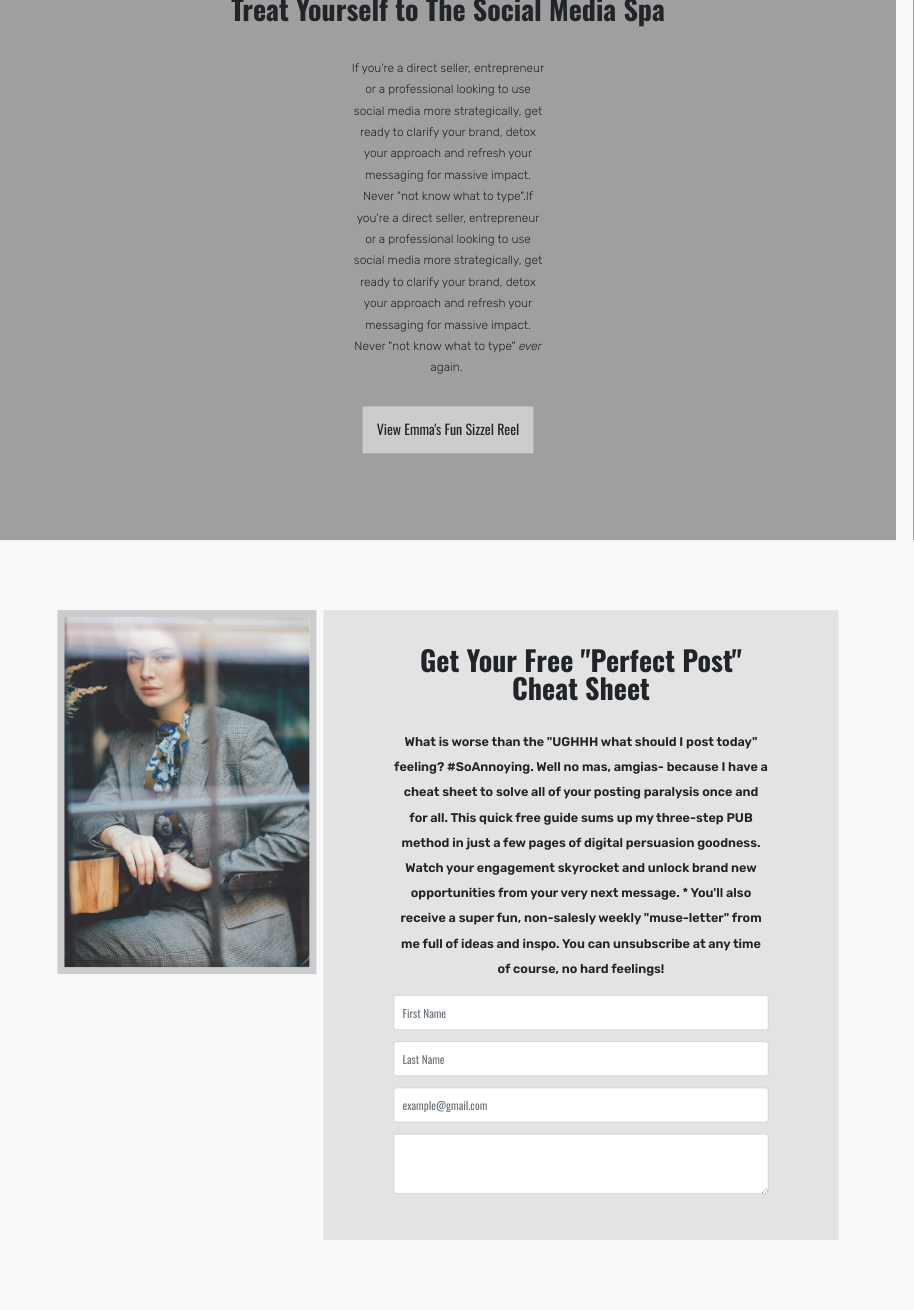
Repository: poroshrahman40/emma-watson-portfolio
Page: index.html
The author's editor kept a copy of each file at every save. The page is drawn from the files as they stood at one save, then again after the next save.
The browser window is 1280 px wide. The page is 1305 px wide, so the pictures cover 1305 px, including what lies to the right of the window. The pictures show the part of the page from y = 3621 to 5501 px (the page is 5493 px tall before and 5501 px after), at 70% of full size.
Some web fonts or font styles are not loaded; a fallback is used.

Above is the page before, as saved 2021-12-06 17:58:27.

### index.html

<!DOCTYPE html>
<html lang="en">
    <head>

        <meta charset="UTF-8">
        <meta name="viewport" content="width=device-width, initial-scale=1, shrink-to-fit=no">
        <title>Document</title>

        <!-- favicon -->
        <link rel="shortcut icon" type="image/hair-specialist-fav-icon" href="#">
        <!-- animate.min - css -->
        <link rel="stylesheet" href="assets/css/animate.css">
        <!-- animate - css -->
        <link rel="stylesheet" href="assets/css/animate.min.css">
        <!-- owl.carousel.min - css -->
        <link rel="stylesheet" href="assets/css/owl.carousel.min.css">
        <!-- owl.theme.default.min - css -->
        <link rel="stylesheet" href="assets/css/owl.theme.default.min.css">
        <!-- font-awesome all.css -->
        <link rel="stylesheet" href="assets/css/fontawesome-all.css">
        <!-- boxicons.css -->
        <link rel='stylesheet' href="assets/css/boxicons.min.css">
        <link href='https://unpkg.com/boxicons@2.1.1/css/boxicons.min.css' rel='stylesheet'>
        <!-- bootstrap.min - css -->
        <link rel="stylesheet" href="assets/css/bootstrap.min.css">
        <!-- silk-css -->
        <link rel="stylesheet" href="assets/css/slick.css">
        <!-- slick-theme.css -->
        <link rel="stylesheet" href="assets/css/slick-theme.css">
        <!-- main - css -->
        <link rel="stylesheet" href="assets/css/style.css">
        <!-- responsive - css -->
        <link rel="stylesheet" href="assets/css/responsive.css">

    </head>

    <body>
    <!-- preloader start -->
    <!-- <div id="preloader"></div> -->
    <!-- preloader end -->

    <!-- header -start
    ================================== -->
    <header class="ew-main">
        <div class="ew__main__content">
            <div class="ew__nav">
                <div class="ew__logo__div">
                    <a href="https://ow-en.com" title="" class="nav__link ew__snlogo">
                    <img class="logo w-100" src="assets/image/logo-gif.gif" alt="logo-not-found"></a>
                </div>
                <div class="container">
                    <div class="mobile__toggle" ontouchstart="">
                        <div class="mobile__toggle__container">
                            <div class="mobile__open">
                            </div>
                            <div class="mobile__close"></div>
                        </div>
                    </div>
                    <div id="mob__menu" class="nav__mobile__container nav__mobile__container__default">
                        <div class="container-fluid">
                            <div class="row center">
                                <div class="col col__sm">
                                    <ul class="nav__list">
                                        <li class="nav__list-1">
                                            <a class="nav__link nav__link__selected nav__list__link" href="#">Home</a>
                                        </li>
                                        <li class="nav__list-2">
                                            <a class="nav__link nav__list__link" href="#">Books</a>
                                        </li>
                                        <li class="nav__list-3">
                                            <a class="nav__link nav__list__link" href="#">Info.</a>
                                        </li>
                                        <li class="nav__list-4">
                                            <a class="nav__link nav__list__link" href="#">Course</a>
                                            <!-- nav__link__selected -->
                                        </li>
                                    </ul>
                                </div>
                                <div class="col col__sm">
                                    <ul class="nav__list nav__list__rightaligned">
                                        <li class="nav__list-5">
                                            <a class="nav__link nav__list__link" href="#">Keyword</a>
                                        </li>
                                        <li class="nav__list-6">
                                            <a class="nav__link nav__list__link" href="#">Brodcast</a>
                                        </li>
                                        <li class="nav__list-7">
                                            <a class="nav__link nav__list__link" href="#">Contact</a>
                                        </li>
                                        <li class="nav__list-8">
                                            <a class="nav__link nav__list__link" href="#">Blog</a>
                                        </li>
                                    </ul>
                                </div>
                            </div>
                        </div>
                    </div>
                </div>
            </div>
            <!-- <div class="content">
                <h1>A very simple responsive menu with the logo in the middle</h1>
              <h2>Feel free to use this menu however you'd like. No need to give credit. However, please <strong><a href="https://ow-en.com">consider hiring me :)</strong></h2>
            </div> -->
        </div>
    </header>
    <!-- Banner section - start
    ================================ -->


        <div id="ew-banner" class="ew-banner">
            <div class="container">
                <div class="row">
                    <div class="col-lg-12 offset-1">
                        <div class="ew-hero-image">
                            <img src="assets/image/hero-image.png" alt="hero-image">
                        </div>
                        <div class="ew-hero-right-content">
                            <span> Hey,There</span>
                            <h4>Lorem ipsum, dolor sit amet consectetur adipisicing elit. Similique, aut.</h4>
                            <div class="ew-link d-flex mt-4">
                                <i class='bx bx-link fa-2x me-2'></i><a href="#"><p>See my motivational speach.You're Kind of a Big Deal: Level Up by Unlocking Your Audacity.</p></a>
                            </div>
                            <div class="ew-link d-flex">
                                <i class='bx bx-link fa-2x me-2'></i><a href="#"><p>See my motivational speach.You're Kind of a Big Deal: Level Up by Unlocking Your Audacity.</p></a>
                            </div>
                            <div class="ew-link d-flex mb-4">
                                <i class='bx bx-link fa-2x me-2'></i><a href="#"><p>See my motivational speach.You're Kind of a Big Deal: Level Up by Unlocking Your Audacity.</p></a>
                            </div>
                            <div class="ew-hero-right-btn">
                                <a href="#">See More About Me</a>
                            </div>
                        </div>
                    </div>
                </div>
            </div>
        </div>


<!-- Banner section - End
================================ -->

<!-- virtual-presentations - start
======================================== -->
    <section id="ew-virtual-presentation">
        <div class="container-fuild">
            <div class="row">
                <div class="col-lg-12 text-center">
                    <div class="ew-vairtul-content">
                        <h2 class="mb-40">Live and Virtual Presentations <br> That Rock </h2>
                        <p class="">Whether we're talking about the pulsing energy of a packed convention center or a virtual gathering, Erin will delight and wow your attendees with one of her two signature keynotes:&nbsp;<br><br>SALES/LEADERSHIP: Digital Persuasion- Ignite Your Influence&nbsp;<br>SUCCESS MINDSET: Big Deal Energy- Unlock Your Audacity&nbsp;<br><br>Both high-energy, motivational and story-packed with a clear takeaway method to be applied for immediate impact and tangible results.&nbsp;<br></p>
                        <div class="ew-virtual-btn mb-4">
                            <button><a href="#">View Emma's Fun Sizzel Reel</a></button>
                        </div>
                        <div class="ew-virtual-btn">
                            <button><a href="#">View Emma watson's RAW just The steak Speaking Reel</a></button>
                        </div>

                    </div>
                </div>
            </div>
        </div>
    </section>

<!-- virtual-presentations - End
========================================== -->

<!-- virtual keynotes - start
======================================== -->

<section id="ew-virtual-keynotes">
    <div class="container">
        <div class="row">
            <div class="col-lg-6">
                <div class="ew-virtual-vedio">
                    <img src="assets/image/keynotes-image.png" alt="keynotes-image">
                    <div class="keynotes-overlay ew-icon-position">
                        <a href="#"><i class='bx bx-play fa-2x' style='color:#e0e0e0'></i></a>
                    </div>
                </div>
            </div>
            <div class="col-lg-6 d-flex align-items-center">
                <div class="ew-keynotes-content">
                    <span>Lorem ipsum dolor sit amet</span>
                    <h1>Lorem ipsum dolor sit amet consectetur Lorem ipsum dolor sit amet consectetur.</h1>
                    <p>Whether we're talking about your executive leadership team, your sales force, your internal marketing mavens or your entire organization- let's energize and inspire them to show up big. Because, let's be real, we all need to up our game these days to not just survive, but THRIVE.</p>
                    <button class="ew-keynotes-btn">
                        <a href="#">Describe More Now</a>
                    </button>
                </div>
            </div>
        </div>
    </div>
</section>

<!-- virtual keynotes - End
======================================== -->

<!-- Treat yourself - Start
======================================= -->
<section id="ew-treat-yourself">
    <div class="container">
        <div class="ew-img-row">
            <div class="row">
                <div class="col-lg-4 col-md-4 col-sm-12">
                    <img src="assets/image/treat-yourself.png" alt="treat-image">
                </div>
                <div class="col-lg-4 col-md-4 col-sm-12">
                    <img src="assets/image/treat-yourself-2.png" alt="treat-image">
                </div>
                <div class="col-lg-4 col-md-4 col-sm-12">
                    <img src="assets/image/treat-yourself-3.png" alt="treat-image">
                </div>
            </div>
        </div>
    </div>
    <div class="container-fuild">
        <div class="ew-treat-content">
            <div class="row">
                <div class="col-lg-12 text-center">
                    <div class="ew-treat-details">
                        <span>Lorem ipsum dolor sit amet consectetur <br> adipisicing elit. Nulla.</span>
                        <h1 class="mb-40">YES, TAKE ME FOR A SPA DAY <br> Treat Yourself to The Social Media Spa</h1>
                        <p class="se-t sie-spa_4-text st-m-paragraph st-d-paragraph se-rc">If you're a direct seller, entrepreneur or a professional looking to use social media more strategically, get ready to clarify your brand, detox your approach and refresh your messaging for massive impact. Never "not know what to type".If you're a direct seller, entrepreneur or a professional looking to use social media more strategically, get ready to clarify your brand, detox your approach and refresh your messaging for massive impact. Never "not know what to type" <i>ever</i> again.&nbsp;</p>
                        <div class="ew-treat-btn mb-4">
                            <button><a href="#">View Emma's Fun Sizzel Reel</a></button>
                        </div>
                    </div>
                </div>
            </div>
        </div>
    </div>
</section>


<!-- Treat yourself - End
========================================= -->
<!-- Get offer - start
======================================== -->

<section id="ew-get-free-offer">
    <div class="container">
        <div class="row">
            <div class="col-lg-4">
                <div class="ew-cheet-seet">
                    <img src="assets/image/cheet-seet-side-image.png" alt="image-not-found">
                </div>
            </div>
            <div class="col-lg-8 text-center">
                <div class="ew-get-offer-card">
                    <div class="ew-offer-title mb-40">
                        <h1>Get Your Free "Perfect Post" <br> Cheat Sheet</h1>
                    </div>
                    <p>What is worse than the "UGHHH what should I post today" feeling? #SoAnnoying. Well no mas, amgias- because I have a cheat sheet to solve all of your posting paralysis once and for all. This quick free guide sums up my three-step PUB method in just a few pages of digital persuasion goodness.
Watch your engagement skyrocket and unlock brand new opportunities from your very next message.
* You'll also receive a super fun, non-salesly weekly "muse-letter" from me full of ideas and inspo. You can unsubscribe at any time of course, no hard feelings! </p>

                    <div class="ew-cheet-seet-form text-start">
                        <div class="mb-3">
                            <!-- <label for="exampleFormControlInput1" class="form-label">First Name</label> -->
                            <input type="name" class="form-control" id="exampleFormControlInput1" placeholder="First Name">
                        </div>
                        <div class="mb-3">
                            <!-- <label for="exampleFormControlInput1" class="form-label">Last Name</label> -->
                            <input type="name" class="form-control" id="exampleFormControlInput1" placeholder="Last Name">
                        </div>
                        <div class="mb-3">
                            <!-- <label for="exampleFormControlInput1" class="form-label">Last Name</label> -->
                            <input type="mail" class="form-control" id="exampleFormControlInput1" placeholder="example@gmail.com">
                        </div>
                        <div class="mb-3">
                            <!-- <label for="exampleFormControlTextarea1" class="form-label">Example textarea</label> -->
                            <textarea type="name" class="form-control" id="exampleFormControlTextarea1" rows="3"></textarea>
                        </div>
                    </div>
                </div>
            </div>
        </div>
    </div>

</section>

<!-- Get offer - end
======================================== -->



    <!-- footer section - Start
    ============================== -->




    <!-- Footer section - End
    ============================= -->



    <!-- jquery-3.5.0.min - js -->
    <script src="assets/js/jquery-3.5.0.min.js"></script>
    <!-- .magnific-popup -->
    <script src="assets/js/jquery.magnific-popup.min.js"></script>
    <!-- bootstrap.min - js -->
    <script src="assets/js/bootstrap.min.js"></script>
    <!-- bootstrap - bundle min.js -->
    <script src="assets/js/bootstrap.bundle.min.js"></script>
    <!-- bootstrap - bundl.js -->
    <script src="assets/js/bootstrap.bundle.js"></script>
    <!-- boxicons - js -->
    <script src="assets/js/boxicons.js"></script>
    <!-- popper.min - js -->
    <script src="assets/js/popper.min.js"></script>
    <!-- owl.carousel.min - js -->
    <script src="assets/js/owl.carousel.min.js"></script>
    <!-- wow.min - js -->
    <script src="assets/js/wow.min.js"></script>
    <!-- silk - js -->
    <script src="assets/js/slick.min.js"></script>
    <!-- main - js -->
    <script src="assets/js/main.js"></script>

</body>
</html>

Loaded but not shown: assets/css/animate.css (library); assets/css/animate.min.css (library); assets/css/owl.carousel.min.css (library); assets/css/owl.theme.default.min.css (common file); assets/css/fontawesome-all.css (library); assets/css/bootstrap.min.css (library); assets/css/slick.css (common file); assets/css/slick-theme.css (library); assets/js/jquery-3.5.0.min.js (library); assets/js/jquery.magnific-popup.min.js (library); assets/js/bootstrap.min.js (library); assets/js/bootstrap.bundle.min.js (library); assets/js/bootstrap.bundle.js (library); assets/js/popper.min.js (library); assets/js/owl.carousel.min.js (library); assets/js/wow.min.js (library); assets/js/slick.min.js (library); assets/js/main.js (14 lines, source omitted); assets/css/responsive.css (904 lines, source omitted); assets/css/style.css (619 lines, source omitted)

After the next save:
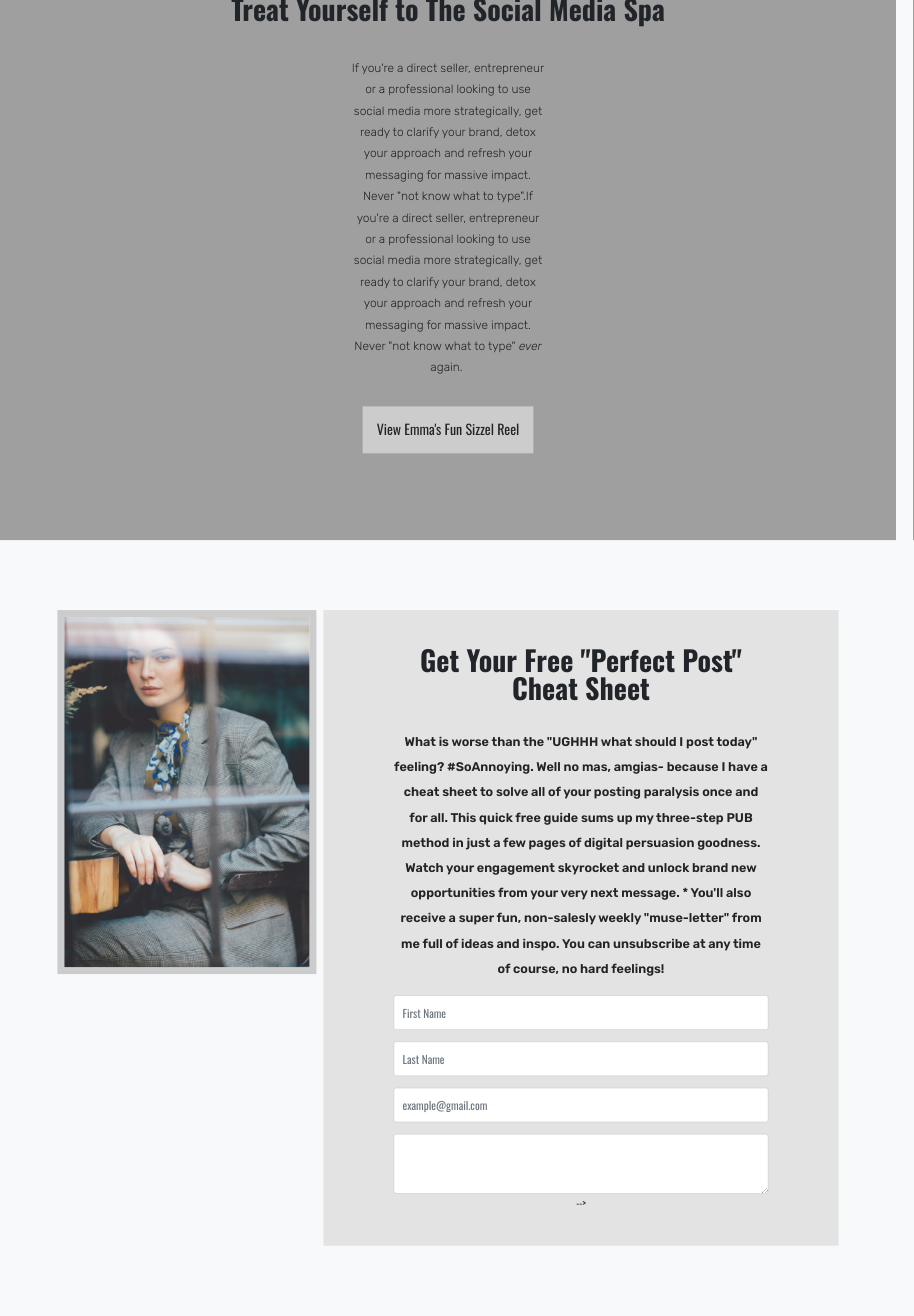
Saved 9 s later.
--- a/index.html
+++ b/index.html
@@ -268,10 +268,10 @@
                             <!-- <label for="exampleFormControlInput1" class="form-label">Last Name</label> -->
                             <input type="mail" class="form-control" id="exampleFormControlInput1" placeholder="example@gmail.com">
                         </div>
-                        <div class="mb-3">
+                        <!-- <div class="mb-3">
                             <!-- <label for="exampleFormControlTextarea1" class="form-label">Example textarea</label> -->
                             <textarea type="name" class="form-control" id="exampleFormControlTextarea1" rows="3"></textarea>
-                        </div>
+                        </div> -->
                     </div>
                 </div>
             </div>

After the save that followed:
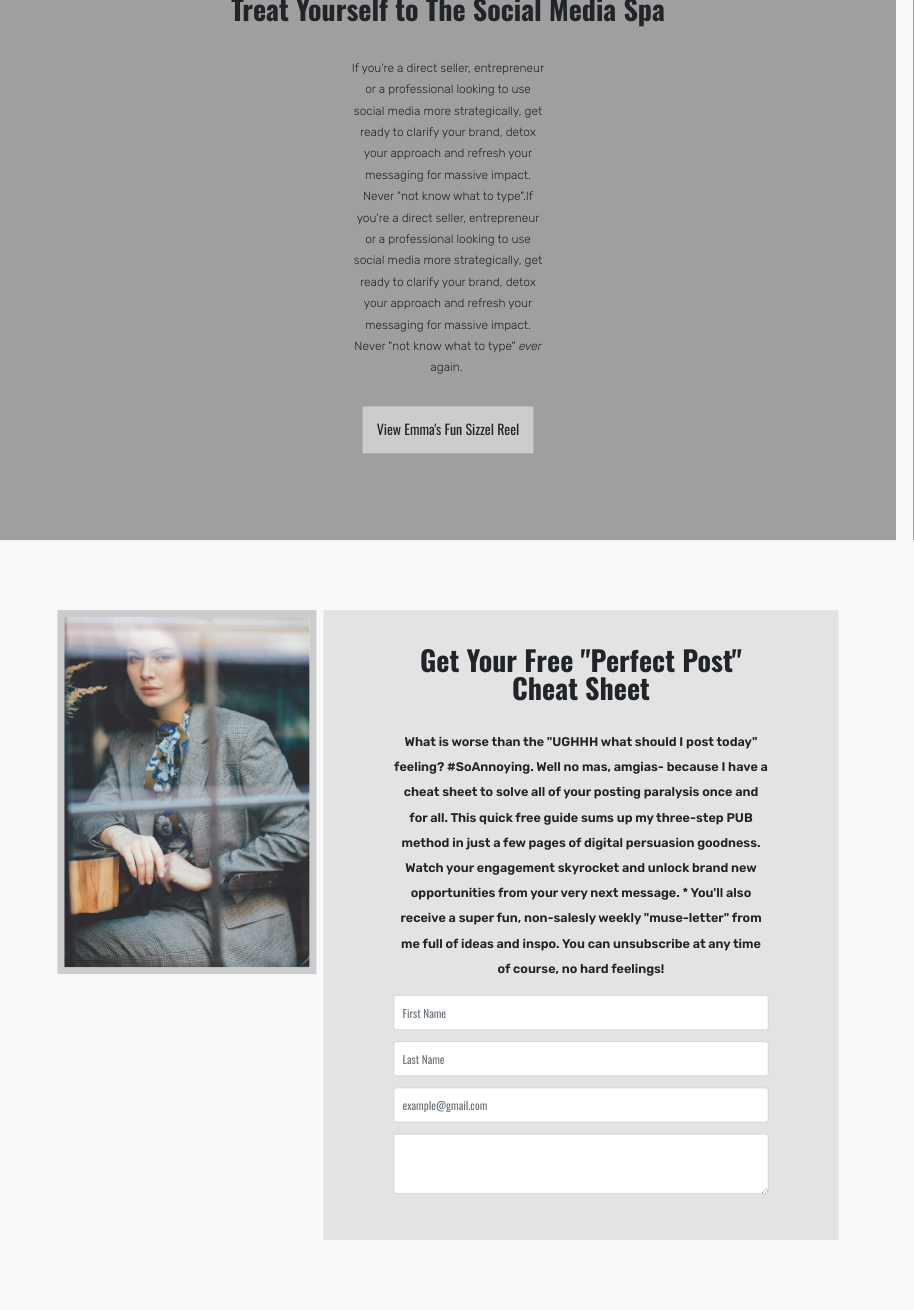
Saved 4 s later.
--- a/index.html
+++ b/index.html
@@ -268,10 +268,10 @@
                             <!-- <label for="exampleFormControlInput1" class="form-label">Last Name</label> -->
                             <input type="mail" class="form-control" id="exampleFormControlInput1" placeholder="example@gmail.com">
                         </div>
-                        <!-- <div class="mb-3">
+                        <div class="mb-3">
                             <!-- <label for="exampleFormControlTextarea1" class="form-label">Example textarea</label> -->
                             <textarea type="name" class="form-control" id="exampleFormControlTextarea1" rows="3"></textarea>
-                        </div> -->
+                        </div>
                     </div>
                 </div>
             </div>
